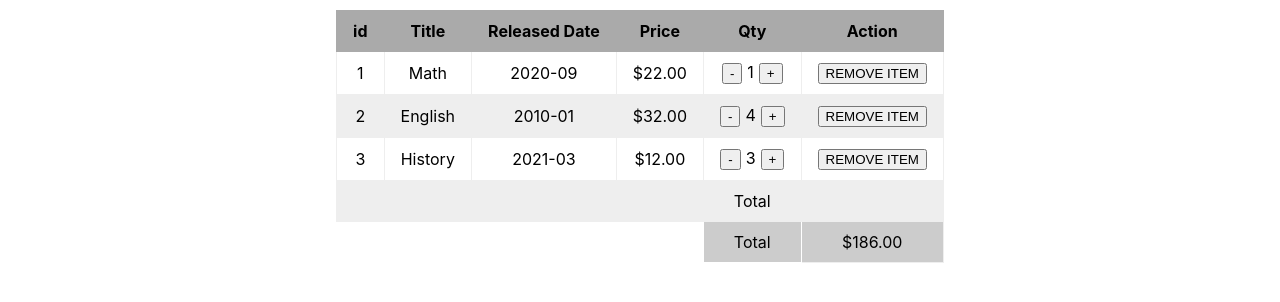
Repository: vgg1kkh/myBookStoreBasket
Page: /
These files come from the project's save history. The page is drawn as it stood at one moment and after the next save; the edit follows.
The browser window is 1280 px wide. The pictures show the whole page.
The project was rebuilt for these pictures with package versions that can differ from the ones it lists, and the page was loaded fresh each time.

Above is the page before, as saved 2021-10-07 21:13:25.

### public/index.html
<!DOCTYPE html>
<html lang="en">
  <head>
    <meta charset="utf-8" />
    <link rel="icon" href="%PUBLIC_URL%/favicon.ico" />
    <meta name="viewport" content="width=device-width, initial-scale=1" />
    <meta name="theme-color" content="#000000" />
    <meta
      name="description"
      content="Web site created using create-react-app"
    />
    <title>React App</title>
  </head>
  <body>
    <noscript>You need to enable JavaScript to run this app.</noscript>
    <div id="root"></div>

  </body>
</html>

### src/App.js
import React, { Component } from "react";
import { formatPrice } from "./format-util";
import "./App.css";

export default class App extends Component {
  constructor() {
    super();
    this.state = {
      bookList: [
        { id: 3, name: "Math", date: "2020-09", price: 22, number: 1 },
        { id: 4, name: "English", date: "2010-01", price: 32, number: 4 },
        { id: 5, name: "History", date: "2021-03", price: 12, number: 3 },
      ],
    };
  }

  onAdd(e, id) {
    const updBookList = this.state.bookList.map((item) => {
      if (item.id === id) {
        item.number += 1;
      }
      if (item.number === 1) {
      }
      return item;
    });
    this.setState({ bookList: updBookList });
  }

  onReduce(e, id) {
    const updBookList = this.state.bookList.map((item) => {
      if (item.id === id) {
        if (item.number === 1) {
          e.target.disabled = true;
        }
        item.number -= 1;
      }
      return item;
    });
    this.setState({ bookList: updBookList });
  }

  onRemove(id) {
    this.setState({
      bookList: this.state.bookList.filter((item) => item.id !== id),
    });
  }

  getTotalPrice() {
    // this.state.bookList.reduce(
    //   (pre, item) => (pre = item.price * item.number + pre)
    // );
    let totalPrice = 0;
    for (let i of this.state.bookList) {
      totalPrice = i.price * i.number + totalPrice;
    }
    return totalPrice;
  }

  renderBooks() {
    return this.state.bookList.map((item, index) => {
      return (
        <tr key={item.id}>
          <td>{index + 1}</td>
          <td>{item.name}</td>
          <td>{item.date}</td>
          <td>{formatPrice(item.price)}</td>
          <td>
            <button
              disabled={item.number < 1 ? true : false}
              onClick={(e) => this.onReduce(e, item.id)}
            >
              -
            </button>
            <span className="book-qty">{item.number}</span>
            <button onClick={(e) => this.onAdd(e, item.id)}>+</button>
          </td>
          <td>
            <button onClick={() => this.onRemove(item.id)}>REMOVE ITEM</button>
          </td>
        </tr>
      );
    });
  }

  renderEmyptTip() {
    return (
      <button>Add Item</button>
    );
  }
  render() {
    return (
      <>
        <div>
          <table className="table-wrapper">
            <thead>
              <tr>
                <th>id</th>
                <th>Title</th>
                <th>Released Date</th>
                <th>Price</th>
                <th>Qty</th>
                <th>Action</th>
              </tr>
            </thead>
            <tbody>
              {this.state.bookList.length > 0
                ? this.renderBooks()
                : this.renderEmyptTip()}
              <tr style={{display:(this.state.bookList.length > 0 ? '':'none')}}>
                <td></td>
                <td></td>
                <td></td>
                <td></td>
                <td>Total</td>
                <td></td>
              </tr>
              <tr style={{display:(this.state.bookList.length > 0 ? '':'none')}}>
                <td></td>
                <td></td>
                <td></td>
                <td></td>
                <td>Total</td>
                <td>{formatPrice(this.getTotalPrice())}</td>
              </tr>
            </tbody>
          </table>
        </div>
      </>
    );
  }
}

### src/format-util.js
export function formatPrice(price){
    if(typeof price !== "number"){
        return Number(price) || 0
    }
    return ("$"+price.toFixed(2))
}

### src/App.css
.table-wrapper {
    margin: 10px auto;
    border: 1px solid #eee;
    border-collapse: collapse;
    text-align: center;
}

th,td {
    border: 1px solid #eee;
    padding: 10px 16px;
    /* border-collapse: collapse; */
}

th {
    background-color: #aaa;
    border-color: #aaa
}
table tbody tr:nth-child(2n){
    background-color: #eee;
}

table tbody tr:last-child{
    background-color: #fff;
}

table tbody tr:last-child td:nth-child(n+5) {
    background-color: #ccc;
}

table tbody tr:last-child td:nth-child(-n+5) {
    border-color: #fff;
}
.book-qty {
    margin: 0 5px;
}

Loaded but not shown: src/index.js (common file); src/index.css (common file)

After the next save:
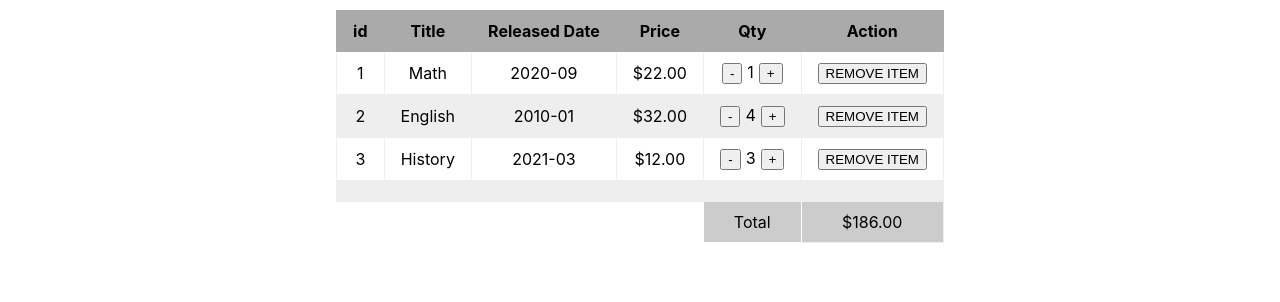
Saved 4 s later.
--- a/src/App.js
+++ b/src/App.js
@@ -111,7 +111,7 @@
                 <td></td>
                 <td></td>
                 <td></td>
-                <td>Total</td>
+                <td></td>
                 <td></td>
               </tr>
               <tr style={{display:(this.state.bookList.length > 0 ? '':'none')}}>

After the save that followed:
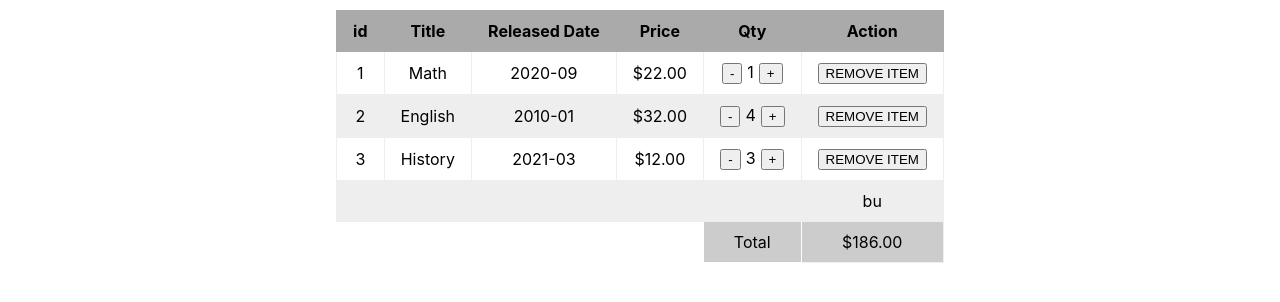
Saved 4 s later.
--- a/src/App.js
+++ b/src/App.js
@@ -112,7 +112,7 @@
                 <td></td>
                 <td></td>
                 <td></td>
-                <td></td>
+                <td>bu</td>
               </tr>
               <tr style={{display:(this.state.bookList.length > 0 ? '':'none')}}>
                 <td></td>
